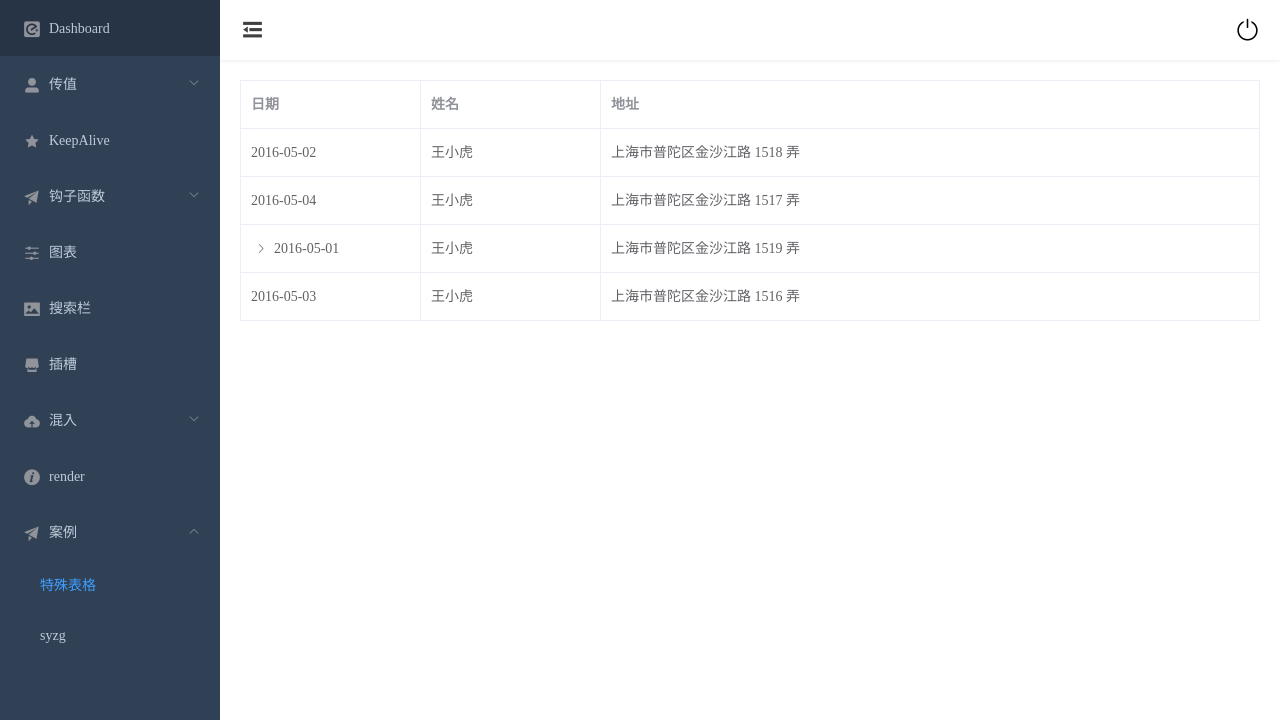
Repository: mrji0517/studyJs
Page: /instance/tableSpecail
The author's editor kept a copy of each file at every save. The page is drawn from the files as they stood at one save, then again after the next save.
The browser window is 1280 px wide. The pictures show the whole page.
The project was rebuilt for these pictures with package versions that can differ from the ones it lists, and the page was loaded fresh each time. Also part of the build but not shown: vue.config.js.

Above is the page before, as saved 2021-07-06 17:02:46.

### public/index.html
<!DOCTYPE html>
<html lang="">
  <head>
    <meta charset="utf-8">
    <meta http-equiv="X-UA-Compatible" content="IE=edge">
    <meta name="viewport" content="width=device-width,initial-scale=1.0">
    <link rel="icon" href="<%= BASE_URL %>favicon.ico">
    <title>Vue学习笔记</title>
  </head>
  <body>
    <noscript>
      <strong>We're sorry but <%= htmlWebpackPlugin.options.title %> doesn't work properly without JavaScript enabled. Please enable it to continue.</strong>
    </noscript>
    <div id="app"></div>
    <!-- built files will be auto injected -->
  </body>
</html>

### src/main.js
import Vue from 'vue'
import App from './App.vue'
import router from './router';
import store from './store';
import ElementUI from 'element-ui';
import 'element-ui/lib/theme-chalk/index.css';
import '@/scss/reset.scss';
import * as echarts from 'echarts';
import China from '@/assets/map/china.json';

Vue.use(ElementUI);

Vue.config.productionTip = false;
echarts.registerMap('china', China);
Vue.prototype.$echarts = echarts;

new Vue({
    render: h => h(App),
    router,
    store
}).$mount('#app')

### src/App.vue
<template>
  <div id="app">
    <router-view/>
  </div>
</template>

<script>

export default {
  name: 'App',
  components: {}
}
</script>

<style lang="scss">
html, body {
  width: 100%;
  height: 100%;

  #app {
    width: 100%;
    height: 100%;
    overflow: hidden;
  }
}
</style>

### src/router/index.js
import Vue from 'vue';
import VueRouter from 'vue-router';

Vue.use(VueRouter);
import Layout from '@/views/layout/index'

export const routes = [{
        path: '/login',
        name: 'Login',
        meta: {
            title: '登录',
            hide: true
        },
        component: () => import('@/views/login/login')
    },
    {
        path: '/',
        redirect: '/dashboard',
        meta: {
            title: '主页',
            hide: true
        },
    },
    {
        path: '/dashboard',
        meta: {
            icon: 'el-icon-platform-eleme',
            title: '主页',
        },
        component: Layout,
        children: [{
            path: '',
            name: 'dashboard',
            meta: {
                icon: 'el-icon-platform-eleme',
                title: 'Dashboard',
            },
            component: () => import('@/views/dashboard/dashboard')
        }]
    },
    {
        path: '/valueTransfer',
        redirect: '/valueTransfer/parentToChildren',
        meta: {
            icon: 'el-icon-user-solid',
            title: '传值',
        },
        component: Layout,
        children: [{
                path: 'parentToChildren',
                name: 'ParentToChildren',
                meta: {
                    title: '父传子',
                },
                component: () => import('@/views/valueTransfer/parentToChildren')
            },
            {
                path: 'childrenToParent',
                name: 'ChildrenToParent',
                meta: {
                    title: '子传父',
                },
                component: () => import('@/views/valueTransfer/childrenToParent')
            },
            {
                path: 'brotherToBrother',
                name: 'BrotherToBrother',
                meta: {
                    title: '兄弟传值',
                },
                component: () => import('@/views/valueTransfer/brotherToBrother')
            },
            {
                path: 'Provide',
                name: 'Provide',
                meta: {
                    title: 'provide/inject',
                },
                component: () => import('@/views/valueTransfer/provide')
            },
            {
                path: 'Vuex',
                name: 'Vuex',
                meta: {
                    title: 'Vuex传值',
                },
                component: () => import('@/views/valueTransfer/vuexTransfer')
            }
        ]
    },
    {
        path: '/keepAlive',
        meta: {
            title: '路由缓存',
            icon: 'el-icon-star-on'
        },
        component: Layout,
        children: [{
            path: '',
            name: 'KeepAlive',
            meta: {
                title: 'KeepAlive',
                icon: 'el-icon-star-on',
                keepAlive: true
            },
            component: () => import('@/views/keepAlive/keepAlive')
        }]
    },
    {
        path: '/hookFn',
        redirect: '/hookFn/life',
        meta: {
            title: '钩子函数',
            icon: 'el-icon-s-promotion'
        },
        component: Layout,
        children: [{
                path: 'life',
                name: 'Life',
                meta: {
                    title: '生命周期钩子',
                },
                component: () => import('@/views/hookFn/life')
            },
            {
                path: 'routing',
                name: 'Routing',
                meta: {
                    title: '路由钩子',
                },
                component: () => import('@/views/hookFn/routing')
            },
        ]
    },
    {
        path: '/chart',
        meta: {
            title: 'Chart',
            icon: 'el-icon-s-operation'
        },
        component: Layout,
        children: [{
            path: '',
            name: 'Bridge',
            meta: {
                title: '图表',
                icon: 'el-icon-s-operation'
            },
            component: () => import('@/views/chart/chart')
        }]
    },
    {
        path: '/search',
        meta: {
            title: '搜索栏',
            icon: 'el-icon-picture'
        },
        component: Layout,
        children: [{
            path: '',
            name: 'Search',
            meta: {
                title: '搜索栏',
                icon: 'el-icon-picture'
            },
            component: () => import('@/views/search/search')
        }]
    },
    {
        path: '/hole',
        meta: {
            title: '插槽',
            icon: 'el-icon-s-shop'
        },
        component: Layout,
        children: [{
            path: '',
            name: 'Hole',
            meta: {
                title: '插槽',
                icon: 'el-icon-s-shop'
            },
            component: () => import('@/views/hole/hole')
        }]
    },
    {
        path: '/mix',
        meta: {
            title: '混入',
            icon: 'el-icon-upload'
        },
        component: Layout,
        children: [{
                path: 'example1',
                name: 'Example1',
                meta: {
                    title: '组件1'
                },
                component: () => import('@/views/mix/example1')
            },
            {
                path: 'example2',
                name: 'Example2',
                meta: {
                    title: '组件2'
                },
                component: () => import('@/views/mix/example2')
            }
        ]
    },
    {
        path: '/render',
        meta: {
            title: 'render函数',
            icon: 'el-icon-info'
        },
        component: Layout,
        children: [{
            path: '',
            name: 'Render',
            meta: {
                title: 'render',
                icon: 'el-icon-info'
            },
            component: () => import('@/views/render/render')
        }]
    },
    {
        path: '/instance',
        meta: {
            icon: 'el-icon-s-promotion',
            title: '案例',
        },
        component: Layout,
        children: [{
            path: 'tableSpecail',
            name: 'tableSpecail',
            meta: {
                title: '特殊表格',
            },
            component: () => import('../views/instance/adidas/tableSpecail.vue')
        }, {
            path: 'syzg',
            name: 'syzg',
            meta: {
                title: 'syzg',
            },
            component: () => import('../views/instance/syzg/map.vue')
        }]
    },
]
const router = new VueRouter({
    mode: 'history',
    routes
})
export default router;

### src/store/index.js
import Vue from 'vue';
import Vuex from 'vuex';
import menu from './modules/menu';
import transfer from './modules/transfer';
import getters from './getters';

Vue.use(Vuex);

const store = new Vuex.Store({
    modules: {
        menu,
        transfer
    },
    getters
});
export default store;

### src/scss/reset.scss
html, body, div, span, applet, object, iframe,
h1, h2, h3, h4, h5, h6, p, blockquote, pre,
a, abbr, acronym, address, big, cite, code,
del, dfn, em, img, ins, kbd, q, s, samp,
small, strike, strong, sub, sup, tt, var,
b, u, i, center,
dl, dt, dd, ol, ul, li,
fieldset, form, label, legend,
table, caption, tbody, tfoot, thead, tr, th, td,
article, aside, canvas, details, embed,
figure, figcaption, footer, header, hgroup,
menu, nav, output, ruby, section, summary,
time, mark, audio, video {
  margin: 0;
  padding: 0;
  border: 0;
  //font-size: 100%;
  //font: inherit;
  vertical-align: baseline;
  box-sizing: border-box;
  text-decoration: none;
}

/* HTML5 display-role reset for older browsers */
article, aside, details, figcaption, figure,
footer, header, hgroup, menu, nav, section {
  display: block;
}

body {
  line-height: 1;
}

ol, ul {
  list-style: none;
}

blockquote, q {
  quotes: none;
}

blockquote:before, blockquote:after,
q:before, q:after {
  content: '';
  content: none;
}

table {
  border-collapse: collapse;
  border-spacing: 0;
}

// 全局修改element-ui 样式
.el-scrollbar__wrap {
  overflow-x: hidden;
}

.el-dialog__header {
  cursor: move;
}

### src/views/layout/index.vue
<template>
  <el-container>
    <SideBar/>
    <el-container>
      <el-header>
        <div class="hamburger" @click="isCollapseMenu">
          <i class="el-icon-s-unfold" v-if="flag"></i>
          <i class="el-icon-s-fold" v-else></i>
        </div>
        <div class="logout" @click="logout">
          <i class="el-icon-switch-button"></i>
        </div>
      </el-header>
      <el-main>
        <transition name="fade-transform" mode="out-in">
          <keep-alive :include="alives">
            <router-view :key="$route.fullPath"/>
          </keep-alive>
        </transition>
      </el-main>
    </el-container>
  </el-container>
</template>

<script>
import SideBar from './components/sideBar';
import {mapMutations} from 'vuex'

export default {
  name: "index",
  components: {
    SideBar
  },
  data() {
    return {
      flag: false,
      alives: [
        'keepAlive'
      ],
    }
  },
  methods: {
    ...mapMutations({
      updateCollapse: 'menu/UPDATE_ISCOLLAPSE'
    }),
    isCollapseMenu() {
      this.flag = !this.flag;
      this.updateCollapse(this.flag);
    },
    logout() {
      this.$router.replace('/login');
    },
  }
}
</script>

<style lang="scss" scoped>
.el-container {
  height: 100%;

  .el-header {
    height: 50px;
    box-shadow: 0 1px 4px rgb(0 21 41 / 8%);
    display: flex;
    align-items: center;
    justify-content: space-between;

    .hamburger {
      display: inline-block;
      font-size: 25px;
      cursor: pointer;
      color: #404040;
    }

    .logout {
      font-size: 25px;
      cursor: pointer;

      &:hover {
        color: #F56C6C;
      }

      &:active {
        transform: translateY(2px);
      }
    }
  }

  .fade-transform-leave-active,
  .fade-transform-enter-active {
    transition: all .5s;
  }

  .fade-transform-enter {
    opacity: 0;
    transform: translateX(-30px);
  }

  .fade-transform-leave-to {
    opacity: 0;
    transform: translateX(30px);
  }
}

</style>

### src/views/instance/adidas/tableSpecail.vue
<template>
  <el-table
    :data="tableData1"
    style="width: 100%"
    row-key="id"
    border
    lazy
    :load="load"
    :tree-props="{ children: 'children', hasChildren: 'hasChildren' }"
  >
    <el-table-column prop="date" label="日期" width="180"> </el-table-column>
    <el-table-column prop="name" label="姓名" width="180"> </el-table-column>
    <el-table-column prop="address" label="地址"> </el-table-column>
  </el-table>
</template>

<script>
export default {
  name: "tableSpeacail",
  data() {
    return {
      tableData: [
        {
          id: 1,
          date: "2016-05-02",
          name: "王小虎",
          address: "上海市普陀区金沙江路 1518 弄",
           children: [
            {
              id: 11,
              date: "2016-05-02",
              name: "王小虎",
              address: "上海市普陀区金沙江路 1519 弄",
            },
            {
              id: 12,
              date: "2016-05-02",
              name: "王小虎",
              address: "上海市普陀区金沙江路 1519 弄",
            },
          ],
        },
        {
          id: 2,
          date: "2016-05-04",
          name: "王小虎",
          address: "上海市普陀区金沙江路 1517 弄",
        },
        {
          id: 3,
          date: "2016-05-01",
          name: "王小虎",
          address: "上海市普陀区金沙江路 1519 弄",
          children: [
            {
              id: 31,
              date: "2016-05-01",
              name: "王小虎",
              address: "上海市普陀区金沙江路 1519 弄",
            },
            {
              id: 32,
              date: "2016-05-01",
              name: "王小虎",
              address: "上海市普陀区金沙江路 1519 弄",
            },
          ],
        },
        {
          id: 4,
          date: "2016-05-03",
          name: "王小虎",
          address: "上海市普陀区金沙江路 1516 弄",
        },
      ],
      tableData1: [
        {
          id: 1,
          date: "2016-05-02",
          name: "王小虎",
          address: "上海市普陀区金沙江路 1518 弄",
        },
        {
          id: 2,
          date: "2016-05-04",
          name: "王小虎",
          address: "上海市普陀区金沙江路 1517 弄",
        },
        {
          id: 3,
          date: "2016-05-01",
          name: "王小虎",
          address: "上海市普陀区金沙江路 1519 弄",
          hasChildren: true,
        },
        {
          id: 4,
          date: "2016-05-03",
          name: "王小虎",
          address: "上海市普陀区金沙江路 1516 弄",
        },
      ],
    };
  },
  methods: {
    load(tree, treeNode, resolve) {
      setTimeout(() => {
        resolve([
            {
              id: 11,
              date: "2016-05-02",
              name: "王小虎",
              address: "上海市普陀区金沙江路 1519 弄",
            },
            {
              id: 12,
              date: "2016-05-02",
              name: "王小虎",
              address: "上海市普陀区金沙江路 1519 弄",
            },
          {
            id: 31,
            date: "2016-05-01",
            name: "王小虎",
            address: "上海市普陀区金沙江路 1519 弄",
          },
          {
            id: 32,
            date: "2016-05-01",
            name: "王小虎",
            address: "上海市普陀区金沙江路 1519 弄",
          },
        ]);
      }, 1000);
    },
  },
};
</script>

<style>
</style>

### src/store/modules/menu.js
export default {
    namespaced: true,
    state: {
        isCollapse: false
    },
    mutations: {
        UPDATE_ISCOLLAPSE: (state, bool) => {
            state.isCollapse = bool;
        }
    },
    actions: {}
}

### src/store/modules/transfer.js
export default {
    namespaced: true,
    state: {
        val: 'Hello World!!!'
    },
    mutations: {
        UPDATE_VAL: (state, str) => {
            state.val = str;
        }
    },
    actions: {}
}

### src/store/getters.js
const getters = {
    isCollapse: state => state.menu.isCollapse,
    val: state => state.transfer.val,
}
export default getters;

### src/views/layout/components/sideBar.vue
<template>
  <el-scrollbar>
    <el-menu class="el-menu-vertical-demo"
             background-color="#304156"
             text-color="#bfcbd9"
             :collapse="isCollapse"
             :default-active="activeIndex"
    >
      <sideItem
          v-for="(route,index) in routeData"
          :key="index"
          :item="route"
          :basePath="route.path"
      ></sideItem>
    </el-menu>
  </el-scrollbar>
</template>

<script>
import {routes} from '@/router/index';
import sideItem from "@/views/layout/components/sideItem";
import {mapGetters} from 'vuex';

export default {
  name: "sideBar",
  components: {
    sideItem
  },
  data() {
    return {
      routeData: routes,
      activeIndex: this.$route.path
    }
  },
  computed: {
    ...mapGetters(['isCollapse'])
  },
}
</script>

<style lang="scss" scoped>
.el-scrollbar {
  height: 100%;
  background: #304156;

  .el-menu {
    border: none;
  }

  .el-menu-vertical-demo:not(.el-menu--collapse) {
    width: 220px;
    min-height: 400px;
    overflow-x: hidden;
  }

  /*隐藏文字*/
  ::v-deep .el-menu--collapse .el-submenu__title span {
    display: none;
  }

  /*隐藏 > */
  ::v-deep .el-menu--collapse .el-submenu__title .el-submenu__icon-arrow {
    display: none;
  }
}
</style>

### src/views/layout/components/sideItem.vue
<template>
  <div v-if="!item.meta.hide">
    <template v-if="hasOneShowingChild(item.children, item)">
      <router-link :to="resolvePath(oneChild)">
        <el-menu-item :index="resolvePath(oneChild)">
          <i :class="oneChild.meta.icon"></i>
          <span slot="title">{{ oneChild.meta.title }}</span>
        </el-menu-item>
      </router-link>
    </template>
    <el-submenu v-else :index="item.path">
      <template slot="title">
        <i :class="item.meta.icon"></i>
        <span slot="title">{{ item.meta.title }}</span>
      </template>
      <sideItem
          v-for="child in item.children"
          :key="child.path"
          :item="child"
          :base-path="resolvePath(child)"
      />
    </el-submenu>
  </div>
</template>

<script>
import path from "path";

export default {
  name: "sideItem",
  props: {
    item: Object,
    basePath: String,
  },
  data() {
    return {
      oneChild: {}
    }
  },
  methods: {
    hasOneShowingChild(child = [], parent) {
      // 筛选出不隐藏的子菜单
      const showingChild = child.filter(x => {
        if (x.meta.hide) {
          return false;
        } else {
          this.oneChild = x;
          return true;
        }
      });
      if (showingChild.length === 1) {
        return true;
      }
      if (showingChild.length === 0) {
        this.oneChild = {...parent, path: '', noShowingChildren: true}
        return true;
      }
      return false;
    },
    /**
     * 将子菜单path解析成绝对路径
     * @param childPath
     * @returns {string}
     */
    resolvePath(child) {
      return path.resolve(this.basePath, child.path);
    }
  }
}
</script>

<style lang="scss" scoped>

</style>

Loaded but not shown: src/assets/map/china.json (1 lines, source omitted)

After the next save:
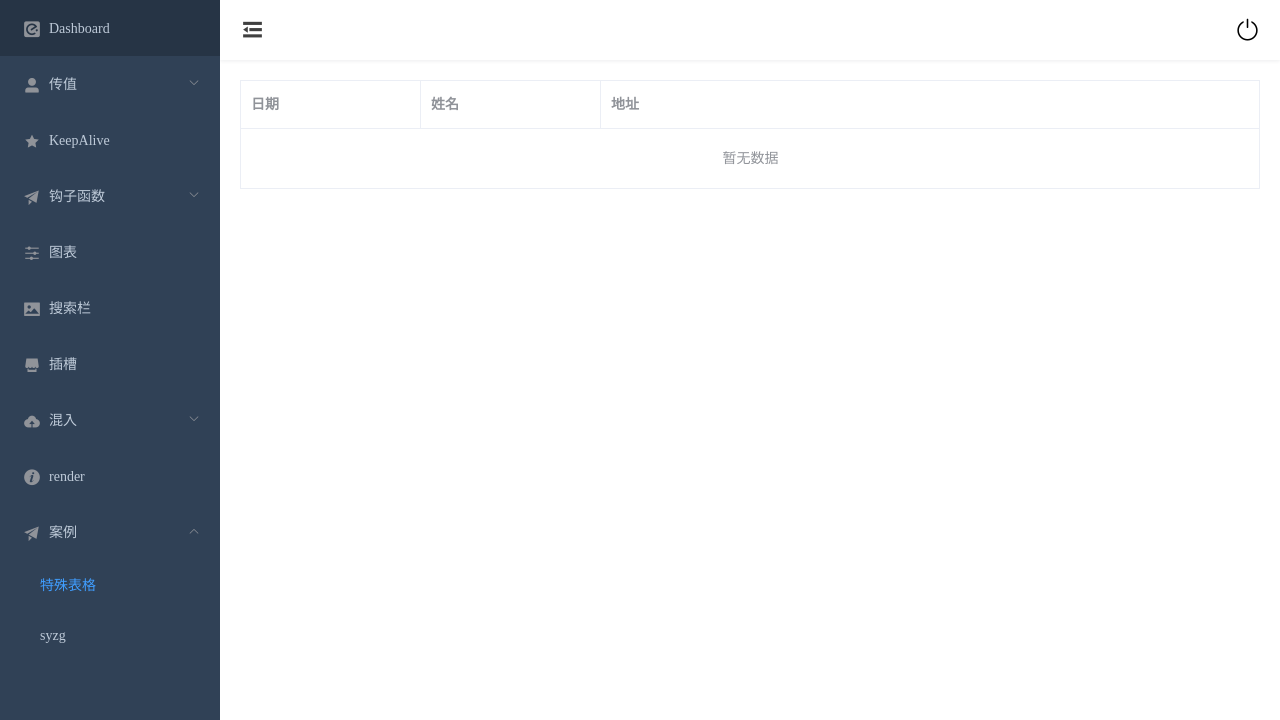
Saved 96 s later.
--- a/src/views/instance/adidas/tableSpecail.vue
+++ b/src/views/instance/adidas/tableSpecail.vue
@@ -20,60 +20,6 @@ export default {
   data() {
     return {
       tableData: [
-        {
-          id: 1,
-          date: "2016-05-02",
-          name: "王小虎",
-          address: "上海市普陀区金沙江路 1518 弄",
-           children: [
-            {
-              id: 11,
-              date: "2016-05-02",
-              name: "王小虎",
-              address: "上海市普陀区金沙江路 1519 弄",
-            },
-            {
-              id: 12,
-              date: "2016-05-02",
-              name: "王小虎",
-              address: "上海市普陀区金沙江路 1519 弄",
-            },
-          ],
-        },
-        {
-          id: 2,
-          date: "2016-05-04",
-          name: "王小虎",
-          address: "上海市普陀区金沙江路 1517 弄",
-        },
-        {
-          id: 3,
-          date: "2016-05-01",
-          name: "王小虎",
-          address: "上海市普陀区金沙江路 1519 弄",
-          children: [
-            {
-              id: 31,
-              date: "2016-05-01",
-              name: "王小虎",
-              address: "上海市普陀区金沙江路 1519 弄",
-            },
-            {
-              id: 32,
-              date: "2016-05-01",
-              name: "王小虎",
-              address: "上海市普陀区金沙江路 1519 弄",
-            },
-          ],
-        },
-        {
-          id: 4,
-          date: "2016-05-03",
-          name: "王小虎",
-          address: "上海市普陀区金沙江路 1516 弄",
-        },
-      ],
-      tableData1: [
         {
           id: 1,
           date: "2016-05-02",

After the save that followed:
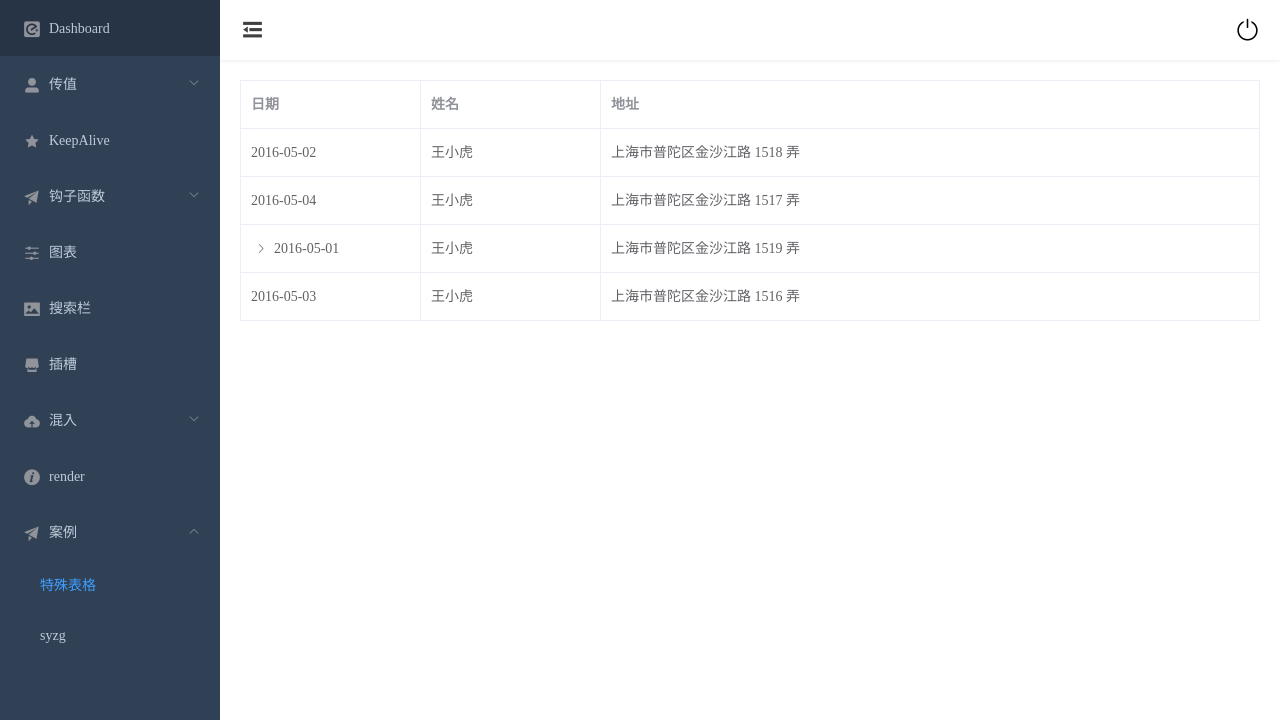
Saved 22 s later.
--- a/src/views/instance/adidas/tableSpecail.vue
+++ b/src/views/instance/adidas/tableSpecail.vue
@@ -1,6 +1,6 @@
 <template>
   <el-table
-    :data="tableData1"
+    :data="tableData"
     style="width: 100%"
     row-key="id"
     border
